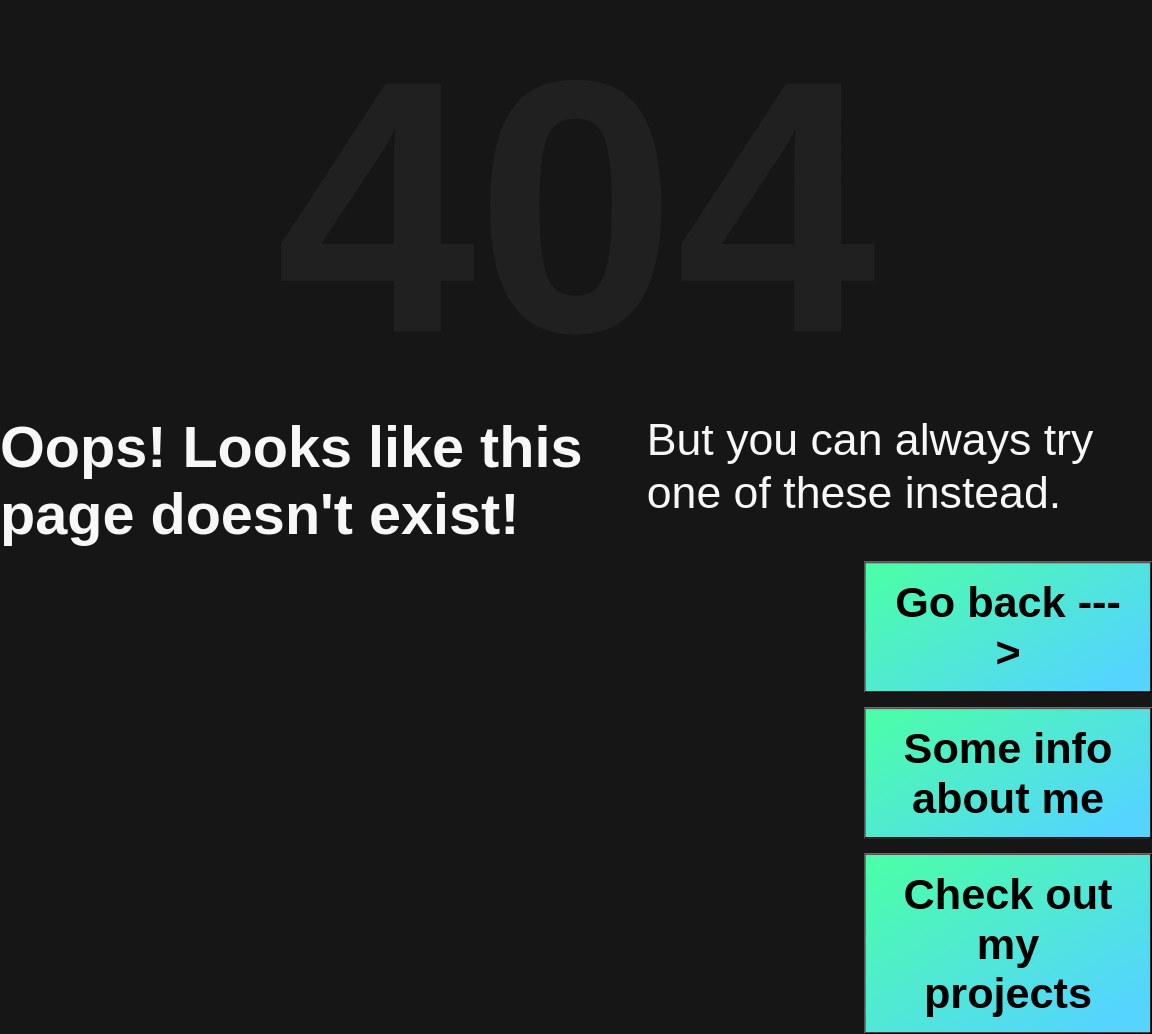
Repository: TeeJaysDev/Portfolio
Page: 404.html
An editor plug-in stored every save of this project. The page is shown before and after a run of saves, followed by the edit.
The browser window is 1280 px wide. The pictures show the whole page, at 90% of full size.

Above is the page before, as saved 2021-08-26 21:55:14.

After the next 4 saves:
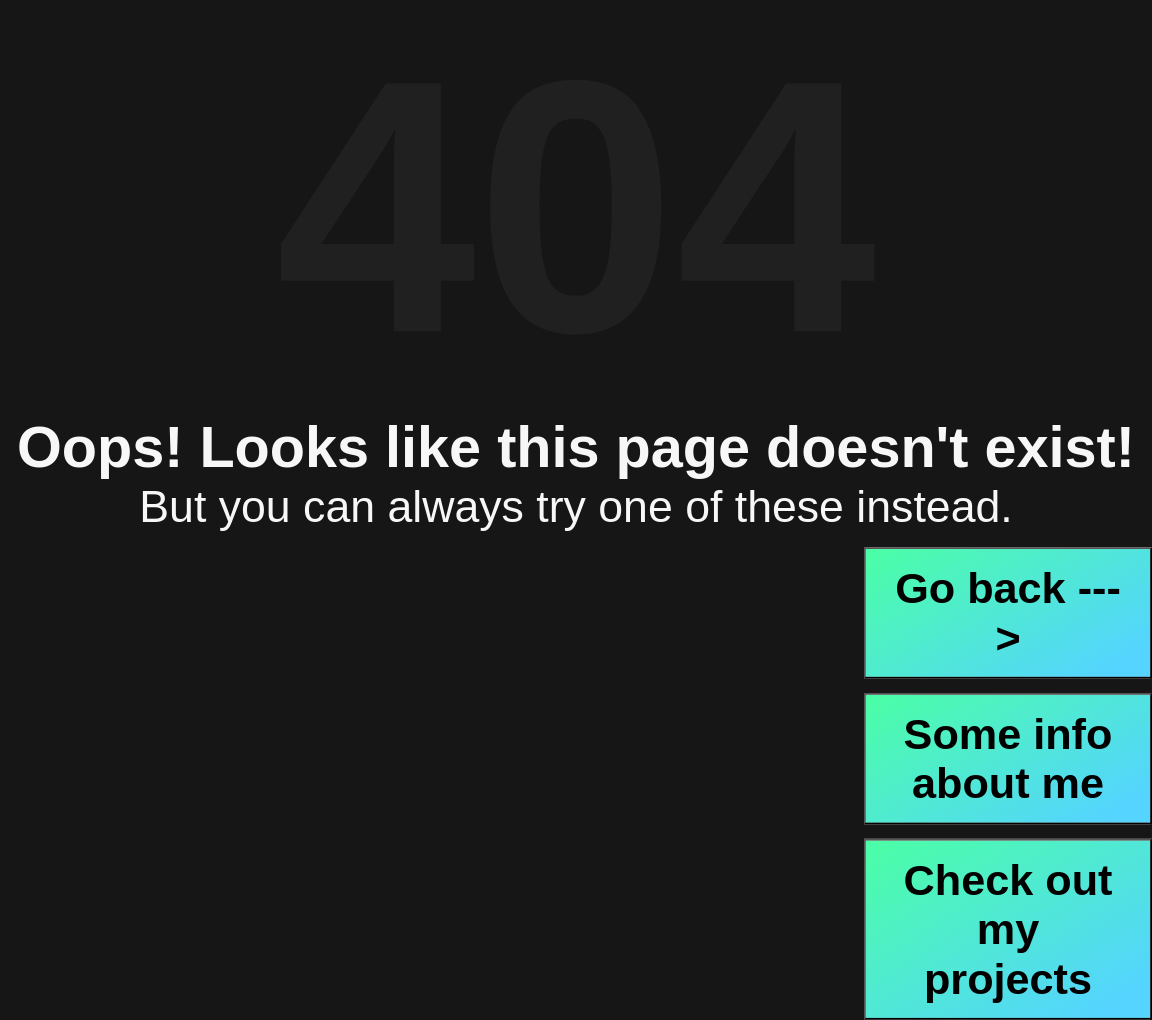
The 4 saves are shown as one change because they came seconds apart.
The last was saved 30 s later.
--- a/404.html
+++ b/404.html
@@ -16,7 +16,7 @@
             404
         </h2>
         <h1>
-            Oops! Looks like this page doesn't exist!
+            <bold>Oops! Looks like this page doesn't exist!
             <p>But you can always try one of these instead.</p>
         </h1>
         <button>

After the save that followed:
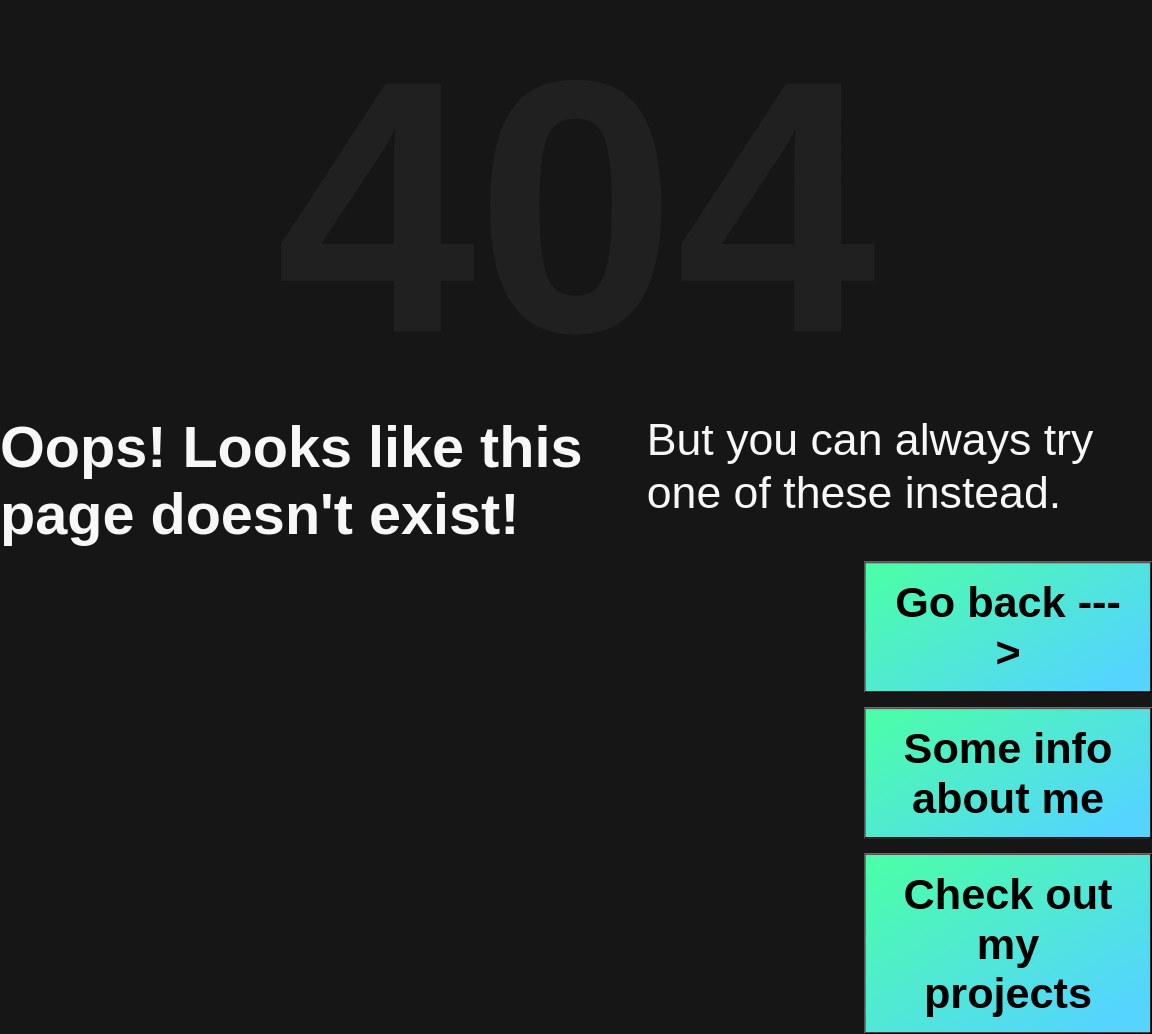
Saved 4 s later.
--- a/404.html
+++ b/404.html
@@ -16,7 +16,7 @@
             404
         </h2>
         <h1>
-            <bold>Oops! Looks like this page doesn't exist!
+            <bold>Oops! Looks like this page doesn't exist!</bold>
             <p>But you can always try one of these instead.</p>
         </h1>
         <button>
